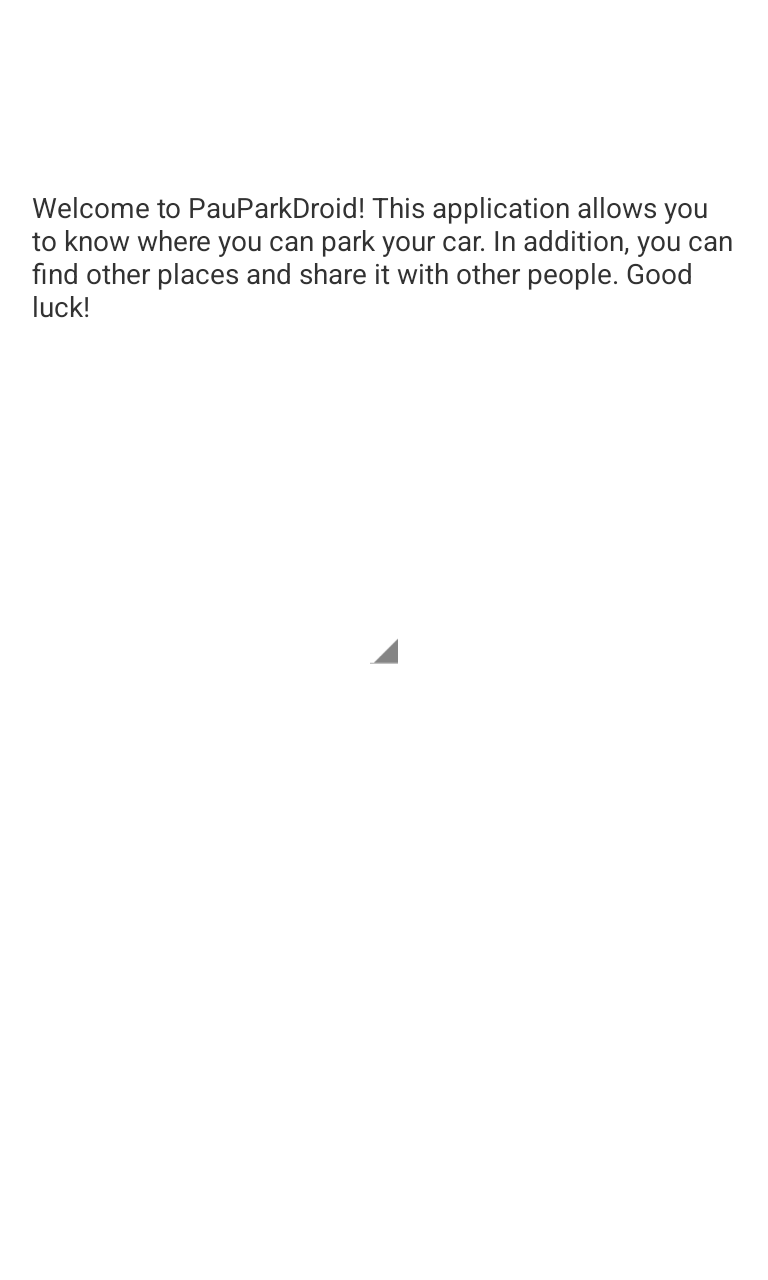
Repository: arrotacon/PauParkAndroid
Layout: PauPark_Workspace/PauParkDroid/res/layout/activity_home.xml
An editor plug-in stored every save of this project. The layout is shown before and after the next save, followed by the edit.
It is drawn on a 768 x 1280 px phone screen (xhdpi) without system bars, with theme AppTheme; the app's code is not run.

Above is the layout before, as saved 2014-12-01 12:06:48.

### PauPark_Workspace/PauParkDroid/res/layout/activity_home.xml
<RelativeLayout xmlns:android="http://schemas.android.com/apk/res/android"
    xmlns:tools="http://schemas.android.com/tools"
    android:layout_width="match_parent"
    android:layout_height="match_parent"
    android:paddingBottom="@dimen/activity_vertical_margin"
    android:paddingLeft="@dimen/activity_horizontal_margin"
    android:paddingRight="@dimen/activity_horizontal_margin"
    android:paddingTop="@dimen/activity_vertical_margin"
    tools:context="fr.univpau.pauparkdroid.Home" >

    <Spinner
        android:id="@+id/spinner1"
        android:layout_width="wrap_content"
        android:layout_height="wrap_content"
        android:layout_centerHorizontal="true"
        android:layout_centerVertical="true" />

    <TextView
        android:id="@+id/textView1"
        android:layout_width="wrap_content"
        android:layout_height="wrap_content"
        android:layout_alignParentTop="true"
        android:layout_centerHorizontal="true"
        android:layout_marginTop="78dp"
        android:text="@string/welcome" />

</RelativeLayout>

### PauPark_Workspace/PauParkDroid/res/values/strings.xml
<?xml version="1.0" encoding="utf-8"?>
<resources>

    <string name="app_name">PauParkDroid</string>
    <string name="title_activity_home">PauParkDroid</string>
    <string name="hello_world">Hello world!</string>
    <string name="action_settings">Settings</string>
    <string name="welcome">Welcome to PauParkDroid! This application allows you to know where you can park your car.<br/>
        In addition, you can find other places and share it with other people. Good luck!</string>

</resources>

Loaded but not shown: PauPark_Workspace/PauParkDroid/res/values/styles.xml (common file); PauPark_Workspace/PauParkDroid/res/values-v11/styles.xml (common file); PauPark_Workspace/PauParkDroid/res/values-v14/styles.xml (common file); PauPark_Workspace/PauParkDroid/res/values/dimens.xml (common file); PauPark_Workspace/PauParkDroid/res/values-w820dp/dimens.xml (common file)

After the next save:
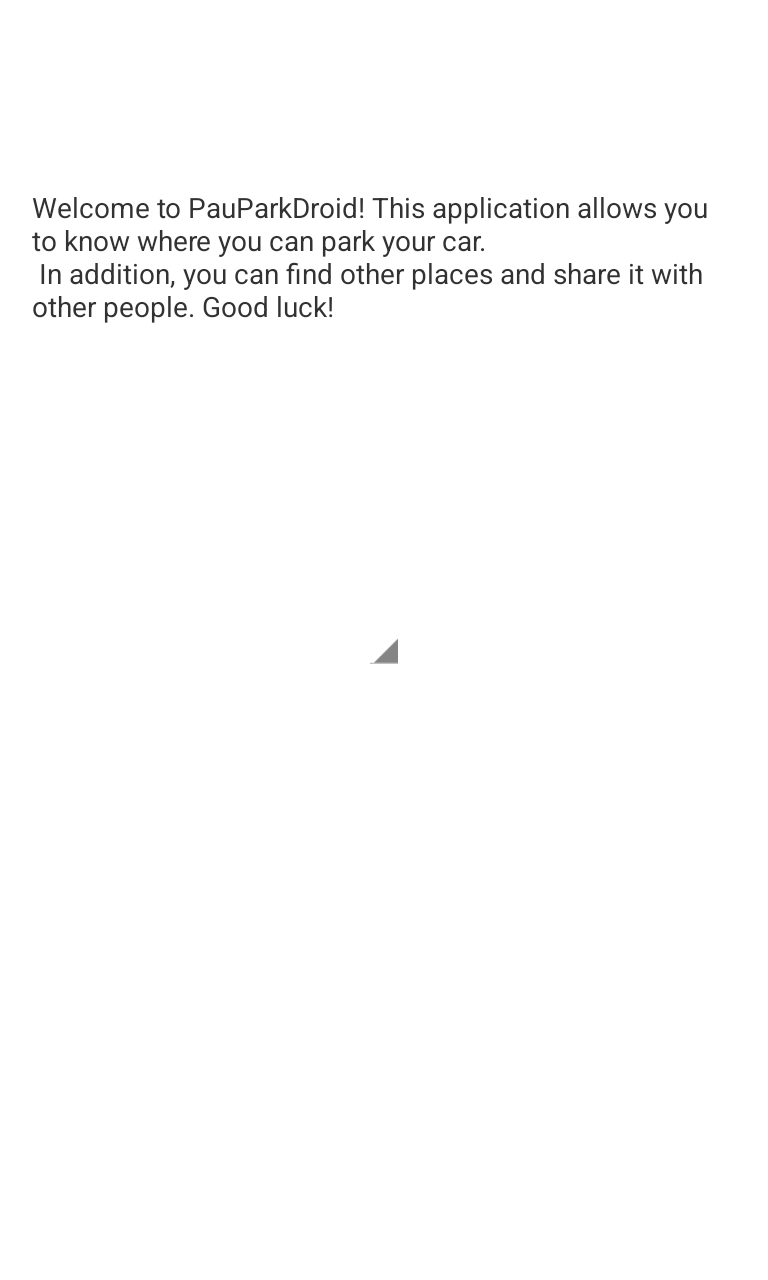
Saved 36 s later.
--- a/PauPark_Workspace/PauParkDroid/res/values/strings.xml
+++ b/PauPark_Workspace/PauParkDroid/res/values/strings.xml
@@ -5,7 +5,7 @@
     <string name="title_activity_home">PauParkDroid</string>
     <string name="hello_world">Hello world!</string>
     <string name="action_settings">Settings</string>
-    <string name="welcome">Welcome to PauParkDroid! This application allows you to know where you can park your car.<br/>
+    <string name="welcome">Welcome to PauParkDroid! This application allows you to know where you can park your car.\n
         In addition, you can find other places and share it with other people. Good luck!</string>
 
 </resources>
